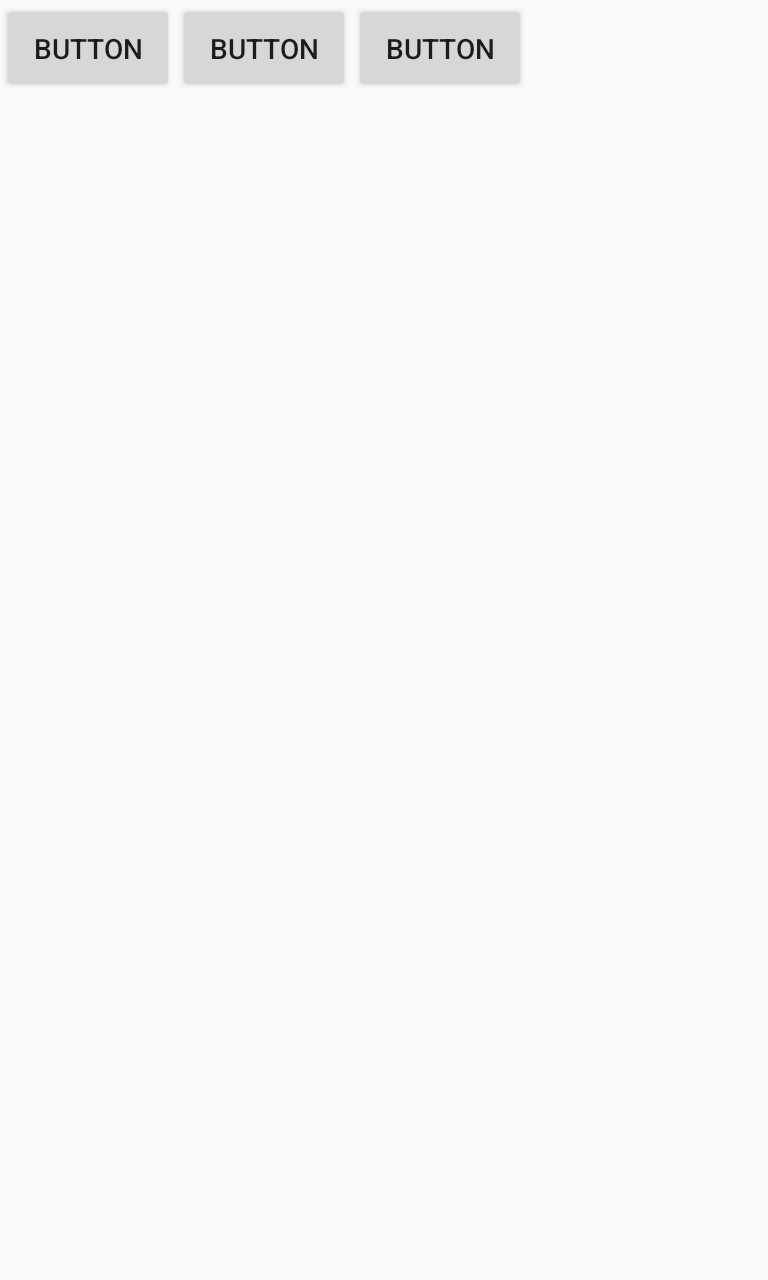
Repository: PaulAlfred/Android_Exercises
Layout: MoreLayouts/res/layout/arranged_equally_layout.xml
An editor plug-in stored every save of this project. The layout is shown before and after the next save, followed by the edit.
It is drawn on a 768 x 1280 px phone screen (xhdpi) without system bars, with theme AppTheme; the app's code is not run.

Above is the layout before, as saved 2014-10-24 07:36:37.

After the next save:
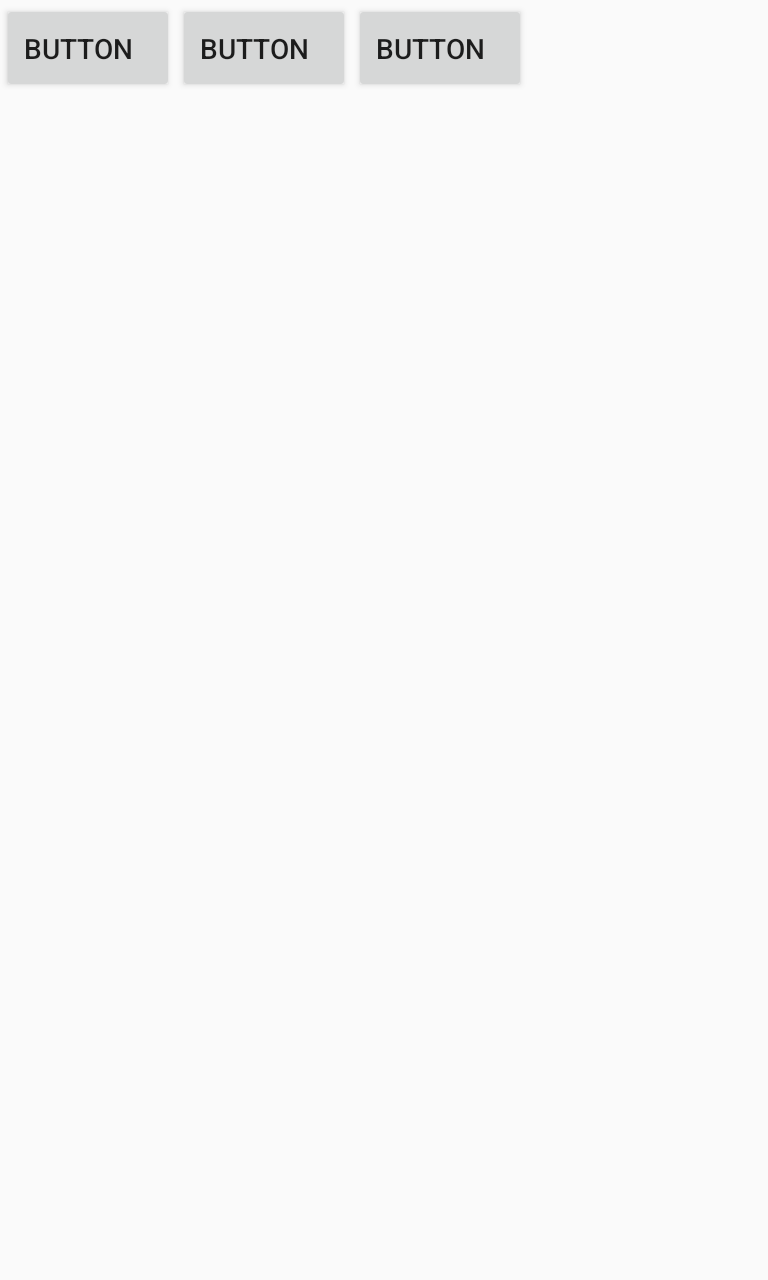
Saved 2 min 17 s later.
--- a/MoreLayouts/res/layout/arranged_equally_layout.xml
+++ b/MoreLayouts/res/layout/arranged_equally_layout.xml
@@ -11,20 +11,22 @@
         android:id="@+id/button1"
         android:layout_width="wrap_content"
         android:layout_height="wrap_content"
-        android:gravity="bottom|center_vertical|fill_vertical|center_horizontal"
+        android:gravity="center_vertical|center_horizontal|fill_horizontal"
         android:text="Button" />
 
     <Button
         android:id="@+id/button2"
         android:layout_width="wrap_content"
         android:layout_height="wrap_content"
-        android:text="Button"
-        />
+        android:gravity="center_vertical|center_horizontal|fill_horizontal"
+        android:text="Button" />
 
     <Button
         android:id="@+id/button3"
         android:layout_width="wrap_content"
         android:layout_height="wrap_content"
+        android:gravity="center_vertical|center_horizontal|fill_horizontal"
         android:text="Button" />
+
 </LinearLayout>
 </LinearLayout>
